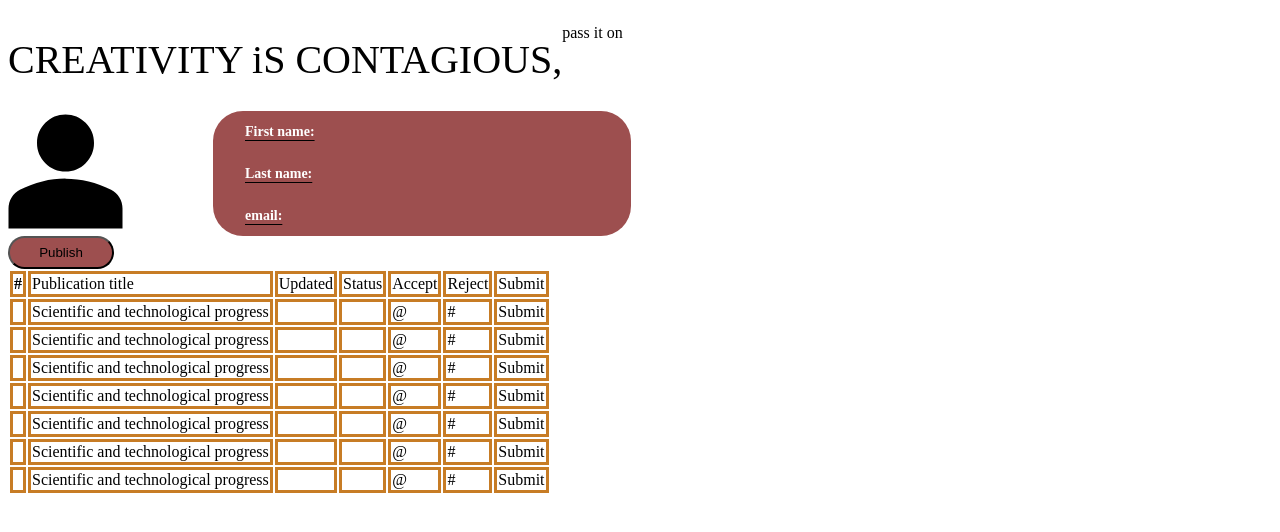
Repository: ceo-of-albeni/articles
Page: /
The author's editor kept a copy of each file at every save. The page is drawn from the files as they stood at one save, then again after the next save.
The browser window is 1280 px wide. The pictures show the whole page.
The project was rebuilt for these pictures with package versions that can differ from the ones it lists, and the page was loaded fresh each time.

Above is the page before, as saved 2023-05-10 23:40:51.

After the next save:
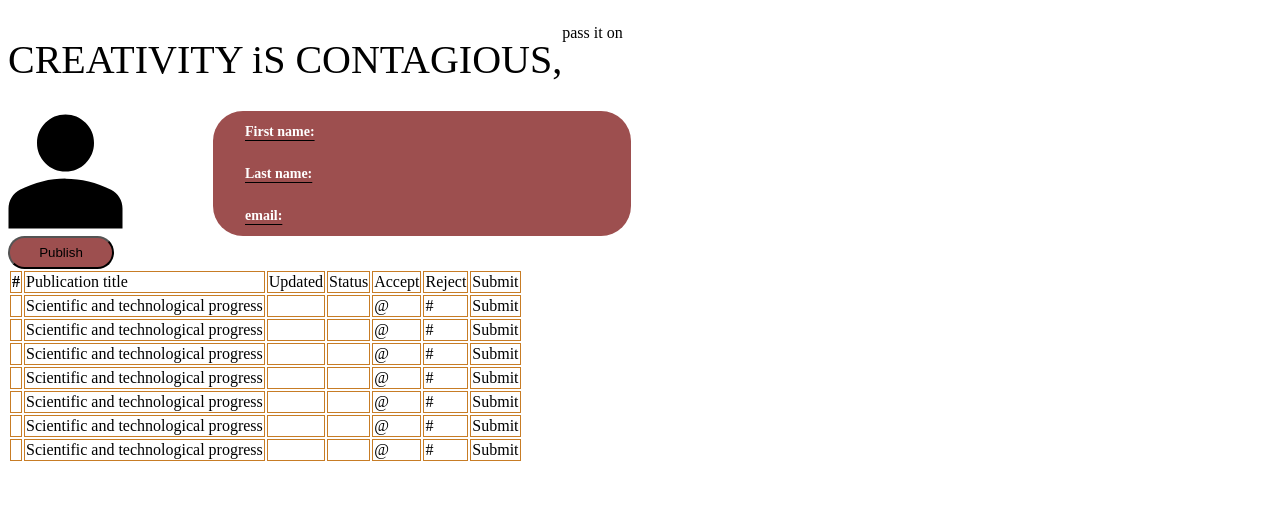
Saved 112 s later.
--- a/src/reviewer's profil/reviewer.css
+++ b/src/reviewer's profil/reviewer.css
@@ -60,5 +60,5 @@
   border-radius: 36.5px;
 }
 .reviewer_section .table table td, .reviewer_section .table table th {
-  border: 3px solid #C77C25;
-}/*# sourceMappingURL=reviewer_20230510234051.css.map */
+  border: 1px solid #C77C25;
+}/*# sourceMappingURL=reviewer_20230510234243.css.map */
